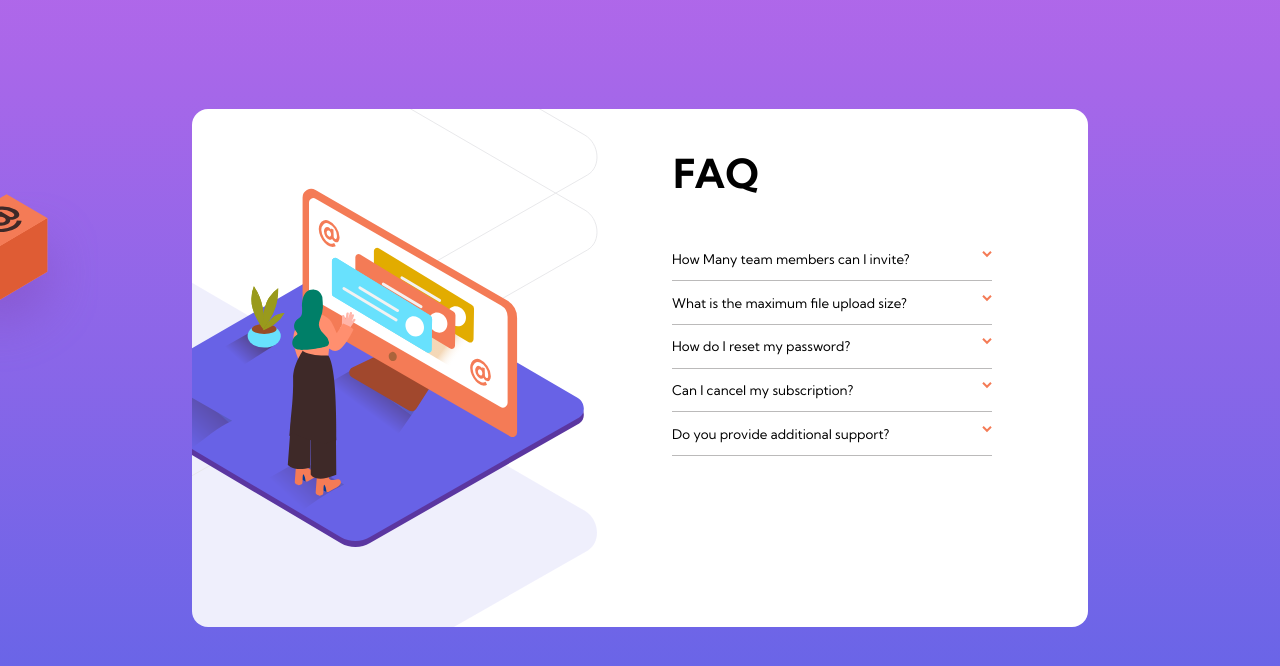
Repository: ryanwilll/ProjetoFAQ
Page: index.html
The author's editor kept a copy of each file at every save. The page is drawn from the files as they stood at one save, then again after a run of saves.
The browser window is 1280 px wide. The pictures show the whole page.

Above is the page before, as saved 2022-10-28 12:11:35.

After the next 10 saves:
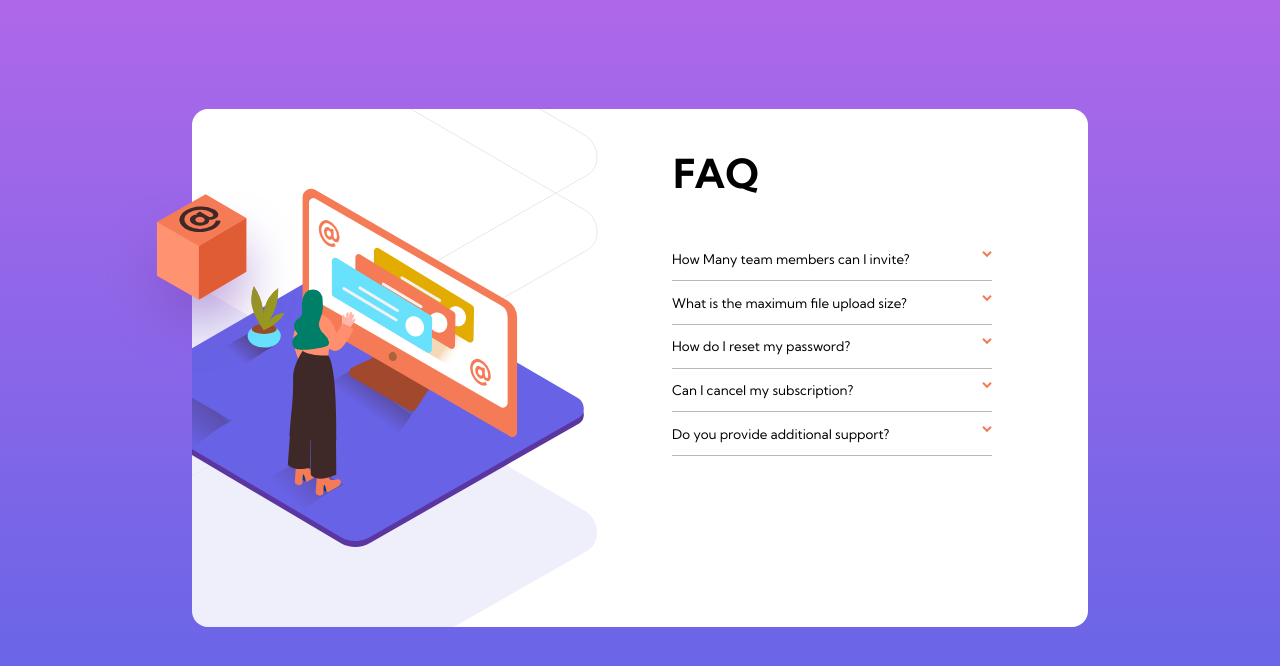
The 10 saves are shown as one change because they came seconds apart.
The last was saved 34 s later.
--- a/css/allmedia.css
+++ b/css/allmedia.css
@@ -180,6 +180,6 @@
   .imgs-desktop .Box-Imagem {
     position: fixed;
     top: 12em;
-    left: -5.8em;
+    left: 6.6em;
   }
 }
